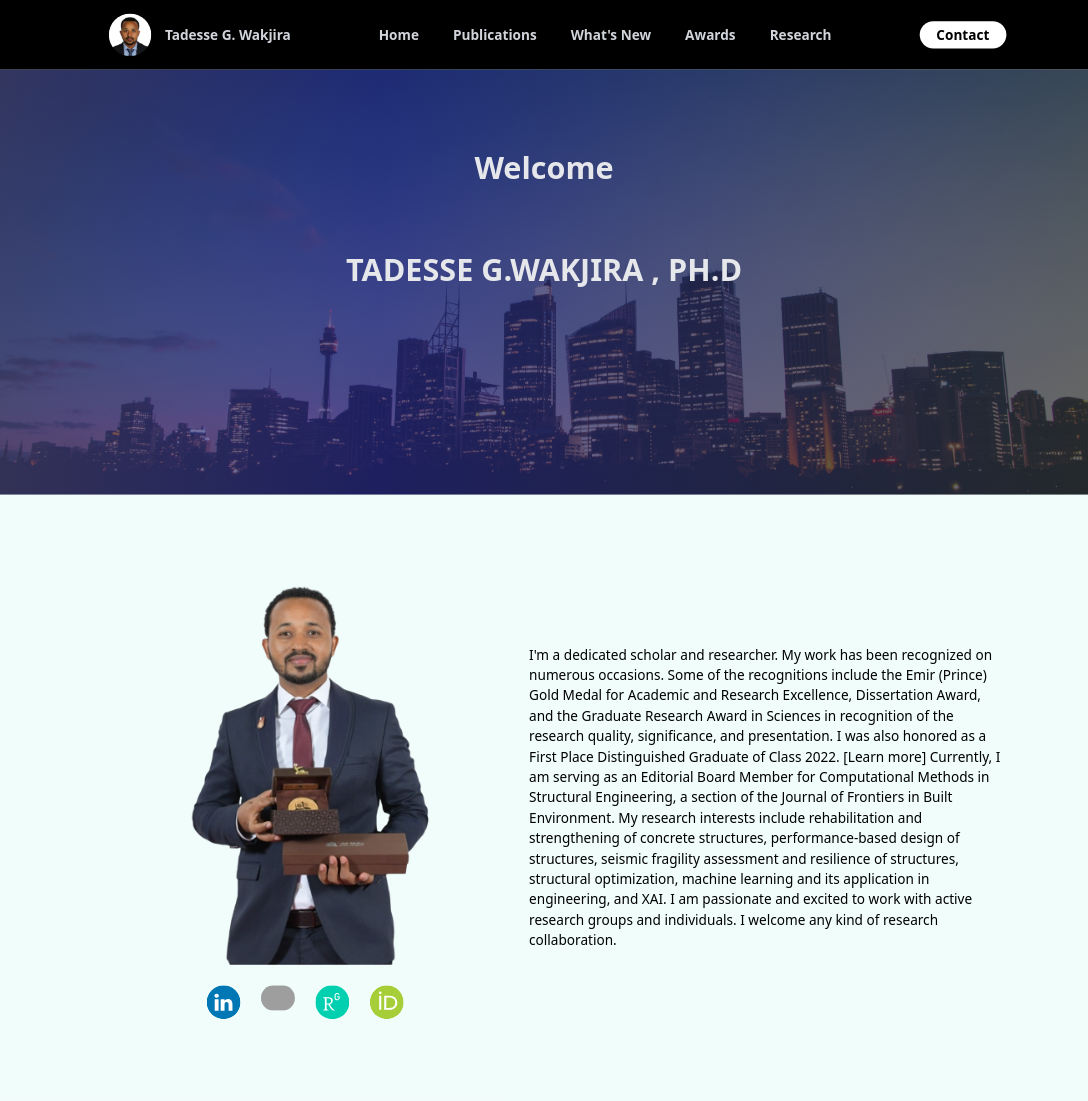
Repository: Elias-Kibret/Tade-portfoilo
Page: /
The author's editor kept a copy of each file at every save. The page is drawn from the files as they stood at one save, then again after the next save.
The browser window is 1280 px wide. The pictures show the whole page, at 85% of full size.
Pictures or frames that could not be fetched are drawn as grey boxes. The project was rebuilt for these pictures with package versions that can differ from the ones it lists, and the page was loaded fresh each time. The framework's server and built-in components were replaced by stand-ins that run in the browser. Also part of the build but not shown: next.config.js.

Above is the page before, as saved 2022-06-28 13:11:02.

### pages/index.tsx
import type { NextPage } from 'next'
import Head from 'next/head'
import Image from 'next/image'
import About from '../components/About'
import Header from '../components/Header'
import Hero from '../components/Hero'
const Home: NextPage = () => {
  return (
    <div>
      <Head>
        <title>Create Next App</title>
        <link rel="icon" href="/favicon.ico" />
      </Head>
      <Header/>
      <Hero/>
      <About/>
    </div>
  )
}

export default Home

### styles/globals.css
@tailwind base;
@tailwind components;
@tailwind utilities;

.hero{
    width:100%;
    height:500px;
    background-image: url('../public/Img/BG.jpg');
    background-size: cover;
    background-position: center;
    background-position: center;
    background-repeat: no-repeat;

}
.hero-cover{
    background-color: rgba(22, 22, 22, 0.6);
    width:100%;
    height:500px;
    background: rgb(2,0,36);
background: linear-gradient(90deg, rgba(60, 55, 112, 0.6) 0%, rgba(27, 27, 114, 0.7) 35%, rgba(35, 40, 41, 0.7) 100%);
}
.hover-state{
    @apply hover:shadow-inner transform hover:scale-110 hover:bg-opacity-50 transition ease-out duration-300;
}

### components/About.tsx
import Image from 'next/image'
import profileImage from '../public/Img/Tade.png'
import Link from 'next/link'
import linkedin from '../public/Img/Linkedin.svg'
import googleSchoolar from '../public/Img/googleScholara.svg'
import researchGate from '../public/Img/ResearchGate.svg'
import orcid from '../public/Img/orcid.svg'



const About = () => {
  return (
    <section className='bg-teal-50 flex justify-between items-center  p-24 mx-auto '>
        <div className='w-3/4'>
        <Image  src={profileImage} className="object-cover" width={550} height={500} alt="Tadessa G.wakjira"/>
        {/* Social media Links */}
        <div className='space-x-6 flex justify-center mt-6'>
            <Link href=""><a> <Image className="rounded-full transform hover:scale-110 transition ease-out duration-400" src={linkedin} width={40} height={40} alt="Linkedin"/></a></Link>
            <Link href=""><a><Image className='rounded-full transform hover:scale-110 transition ease-out duration-400' src={googleSchoolar} width={40} height={40} alt="Linkedin"/></a></Link>
            <Link href=""><a><Image className='rounded-full transform hover:scale-110 transition ease-out duration-400' src={researchGate} width={40} height={40} alt="Linkedin"/></a></Link>
            <Link href=""><a><Image className='rounded-full transform hover:scale-110 transition ease-out duration-400' src={orcid} width={40} height={40} alt="Linkedin"/></a></Link>
        </div>
        </div>
        <div className='w-4/5'>
           <p>
           I'm a dedicated scholar and researcher. My work has been recognized on numerous occasions. Some of the recognitions include the Emir (Prince) Gold Medal for Academic and Research Excellence, Dissertation Award, and the Graduate Research Award in Sciences in recognition of the research quality, significance, and presentation. I was also honored as a First Place Distinguished Graduate of Class 2022. [Learn more]

Currently, I am serving as an Editorial Board Member for Computational Methods in Structural Engineering, a section of the Journal of Frontiers in Built Environment.

My research interests include rehabilitation and strengthening of concrete structures, performance-based design of structures, seismic fragility assessment and resilience of structures, structural optimization, machine learning and its application in engineering, and XAI.

I am passionate and excited to work with active research groups and individuals. I welcome any kind of research collaboration.
           </p>
        </div>
    </section>
  )
}

export default About

### components/Header.tsx
import Head from "next/head"
import Link from "next/link"
import Image from "next/image"
import Logo from '../public/Img/Tadesse.png'
const Header = () => {
  return (
<header className=" bg-black font-semibold  pl-32 py-4 text-gray-300  ">
   <div className="flex justify-between items-center">
      <div className="flex items-center space-x-4">
    <Image src={Logo}   className="rounded-full" width={50} height={50}/>
    <span>Tadesse G. Wakjira</span>
      </div>
      <div className="flex justify-between">
        <nav className="flex list-none space-x-10  hidden md:inline-flex text-black-200">
            <li className="">
                <Link href="/">
                    <a className="hover-state"> Home</a>
                </Link>
            </li>
            <li>
                <Link href="/" className="relative">
                    <a>
                    <a className="hover-state"> Publications <span></span></a>
                        <div className="absolute top-9 hidden hover:block w-64 h-32 bg-slate-50">
                            <div>

                            </div>
                            <div>

                            </div>
                        </div>
                    </a>

                </Link>
            </li>
            <li>
                <Link href="">
                    <a className="hover-state"> What's New</a>
                </Link>
            </li>
            <li>
                <Link href="">
                    <a className="hover-state"> Awards</a>
                </Link>
            </li>
            <li>
                <Link href="">
                    <a className="hover-state"> Research</a>
                </Link>
            </li>

        </nav>

      </div>
      <div className="mr-24 bg-white text-black px-5 py-1  rounded-full">
        <Link href=""  >
                    <a> Contact</a>
                </Link>
        </div>
    </div>
</header>
  )
}

export default Header

### components/Hero.tsx
import heroImage from '../public/Img/Hr.png'
import Image from 'next/image'
const Hero = () => {
  return (
<main  >
<div className='hero h-auto'>

<div className='text-gray-200 hero-cover font-bold   py-24 w-1/2 text-center text-4xl'>
  <div>
  <h1>Welcome</h1>
  <h2 className='py-20'>TADESSE G.WAKJIRA , PH.D</h2>
  </div>

</div>
</div>
</main>
  )
}

export default Hero

Loaded but not shown: pages/_app.tsx (common file); tailwind.config.js (common file)

After the next save:
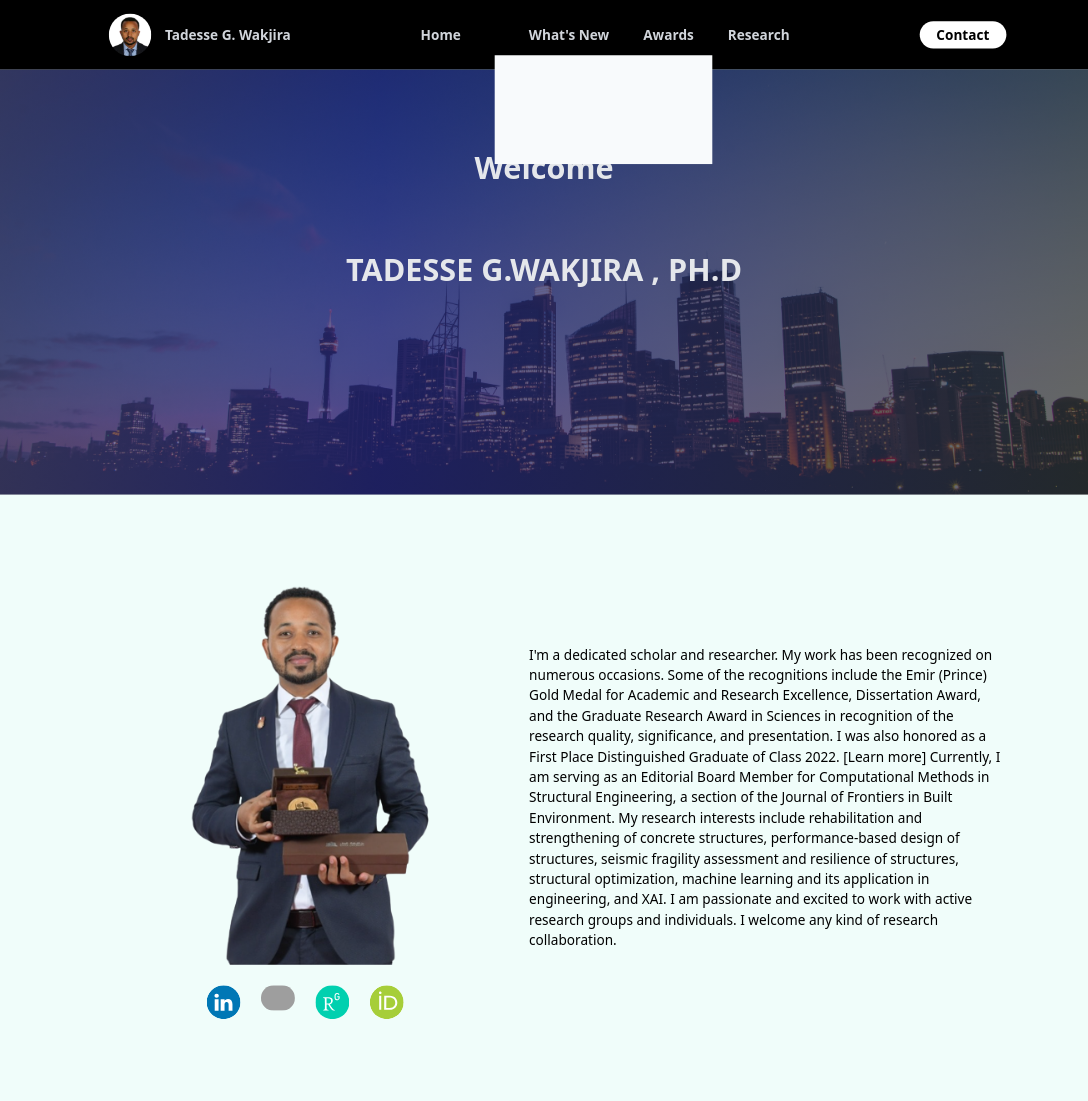
Saved 35 s later.
--- a/components/Header.tsx
+++ b/components/Header.tsx
@@ -20,8 +20,8 @@
             <li>
                 <Link href="/" className="relative">
                     <a>
-                    <a className="hover-state"> Publications <span></span></a>
-                        <div className="absolute top-9 hidden hover:block w-64 h-32 bg-slate-50">
+                    <a className="hover-state hidden hover:block "> Publications <span></span></a>
+                        <div className="absolute top-9 w-64 h-32 bg-slate-50">
                             <div>
 
                             </div>

After the save that followed:
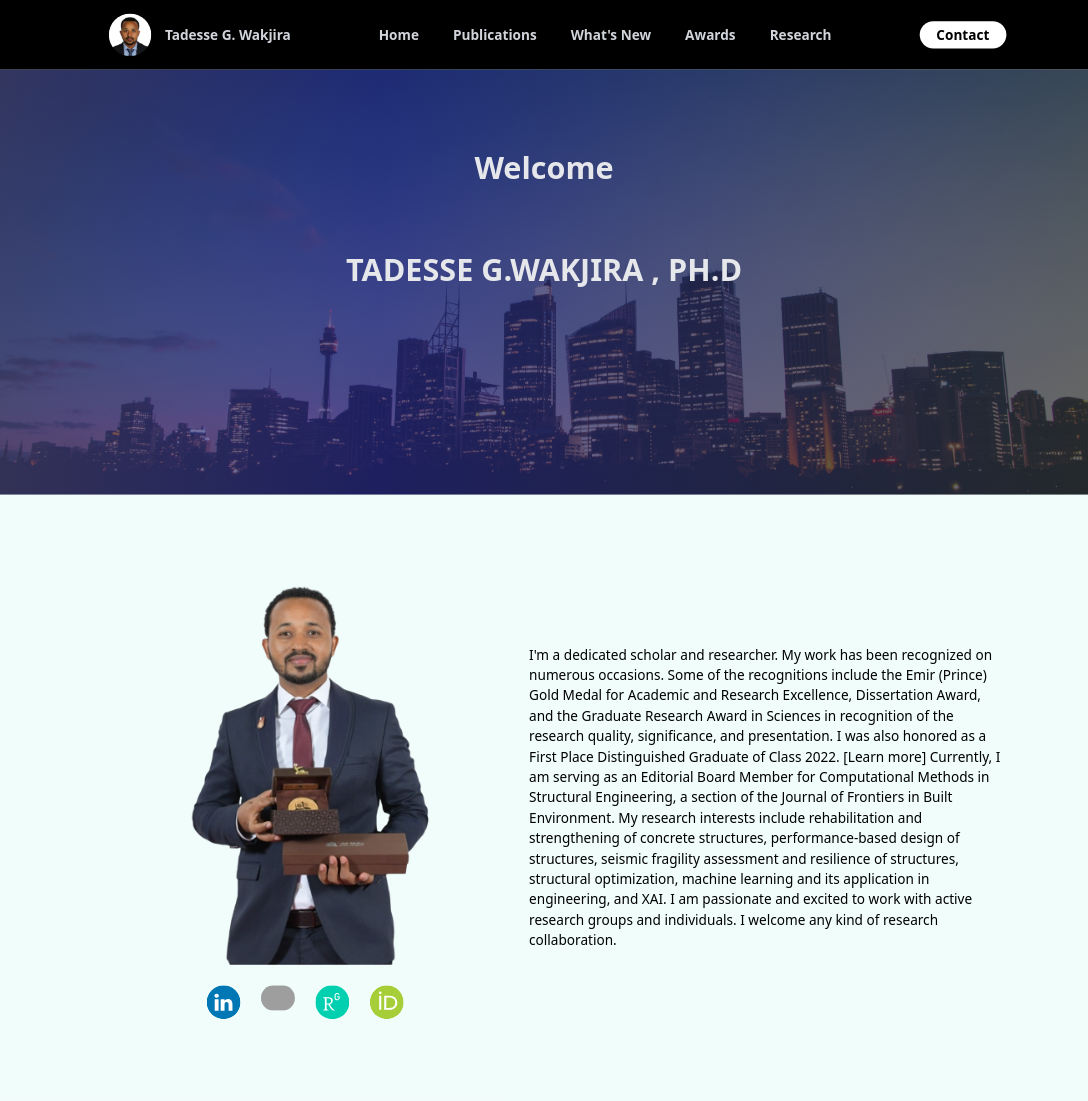
Saved 37 s later.
--- a/components/Header.tsx
+++ b/components/Header.tsx
@@ -20,8 +20,8 @@
             <li>
                 <Link href="/" className="relative">
                     <a>
-                    <a className="hover-state hidden hover:block "> Publications <span></span></a>
-                        <div className="absolute top-9 w-64 h-32 bg-slate-50">
+                    <a className="hover-state"> Publications <span></span></a>
+                        <div className="absolute top-9 hidden hover:block w-64 h-32 bg-slate-50">
                             <div>
 
                             </div>
